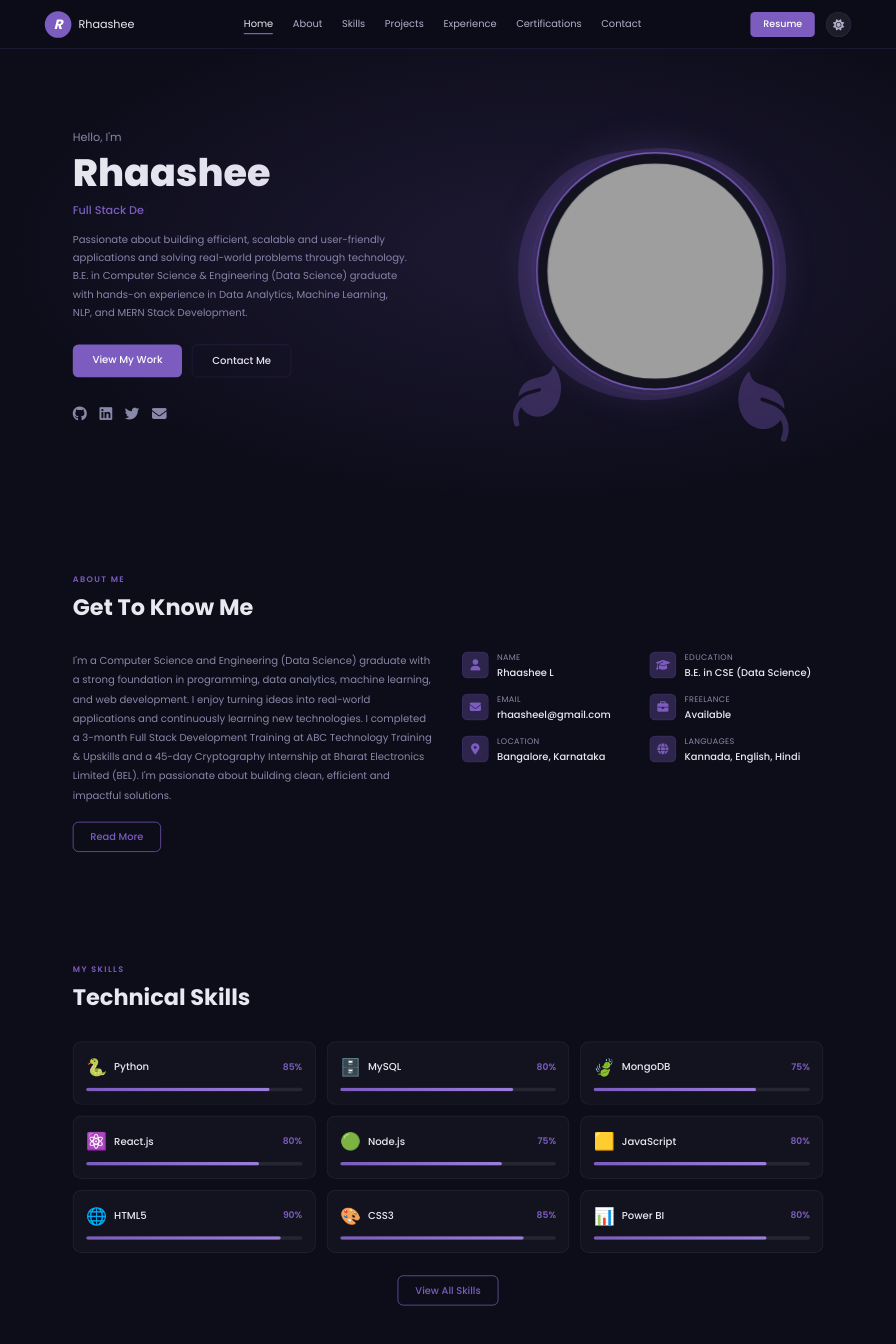
Repository: Rhaashee/Portfolio
Page: MyProfile-frontend/index.html
An editor plug-in stored every save of this project. The page is shown before and after the next save, followed by the edit.
The browser window is 1280 px wide. The pictures show the part of the page from y = 0 to 1920 px (the page is 5042 px tall), at 70% of full size.
Pictures or frames that could not be fetched are drawn as grey boxes.

Above is the page before, as saved 2026-06-16 14:52:38.

After the next save:
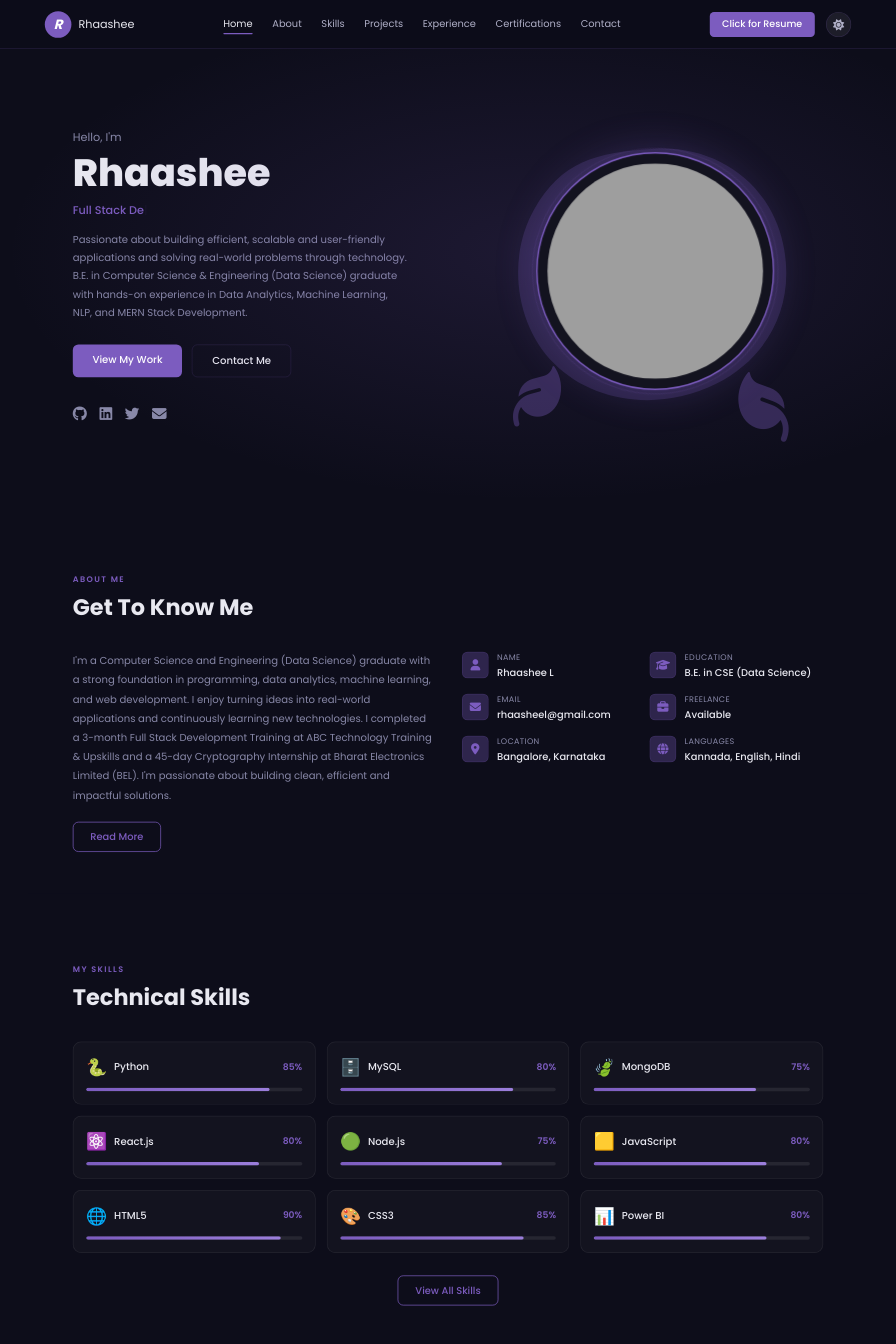
Saved 6 s later.
--- a/MyProfile-frontend/index.html
+++ b/MyProfile-frontend/index.html
@@ -34,7 +34,7 @@
   </div>
 
   <div class="nav-right">
-    <a href="assets/resume/RhaasheeL_Resume.pdf" target="_blank" class="btn-resume" id="nav-resume-btn">Resume</a>
+    <a href="assets/resume/RhaasheeL_Resume.pdf" target="_blank" class="btn-resume" id="nav-resume-btn">Click for Resume</a>
     <button class="theme-toggle" id="theme-toggle" aria-label="Toggle theme"><i class="fas fa-sun"></i></button>
     <button class="hamburger" id="hamburger" aria-label="Menu">
       <span></span><span></span><span></span>

After the 5 saves that followed:
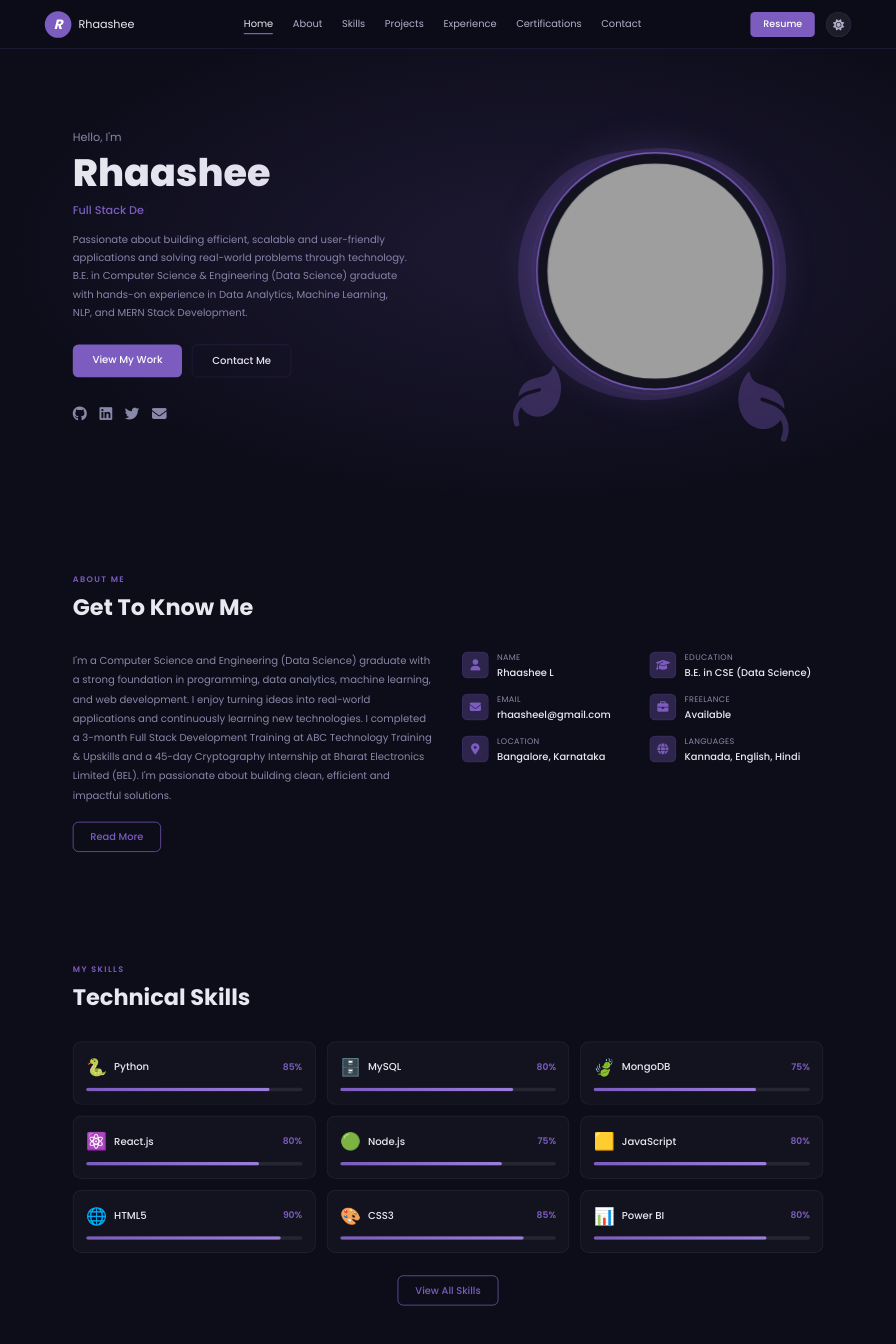
The 5 saves are shown as one change because 1 left the picture as it was and some came seconds apart.
The last was saved 40 s later.
--- a/MyProfile-frontend/index.html
+++ b/MyProfile-frontend/index.html
@@ -34,7 +34,7 @@
   </div>
 
   <div class="nav-right">
-    <a href="assets/resume/RhaasheeL_Resume.pdf" target="_blank" class="btn-resume" id="nav-resume-btn">Click for Resume</a>
+    <a href="assets/resume/RhaasheeL_Resume.pdf" target="_blank" class="btn-resume" id="nav-resume-btn">Resume</a>
     <button class="theme-toggle" id="theme-toggle" aria-label="Toggle theme"><i class="fas fa-sun"></i></button>
     <button class="hamburger" id="hamburger" aria-label="Menu">
       <span></span><span></span><span></span>
